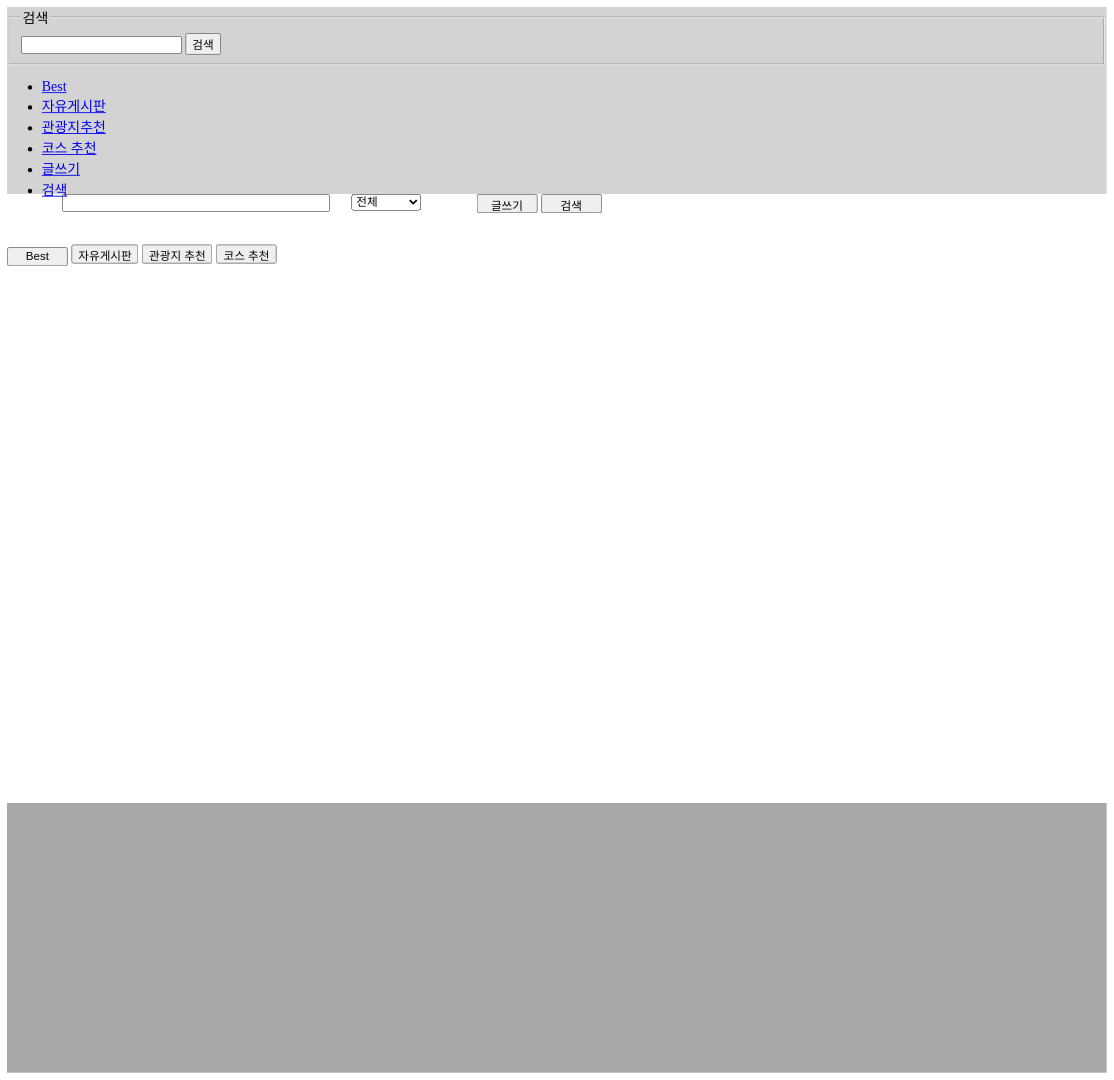
Repository: HJCroCat/project4
Page: http://localhost/koravle/boardMain.jsp
The author's editor kept a copy of each file at every save. The page is drawn from the files as they stood at one save, then again after the next save.
The browser window is 1280 px wide. The pictures show the whole page, at 87% of full size.
The page is served by Tomcat 9. Nobody is signed in. The application's start-up code is not run. Other server files are loaded and not shown.

Above is the page before, as saved 2021-12-10 10:11:40.

### koravle/koravle/src/main/webapp/boardMain.jsp
<%@ page language="java" contentType="text/html; charset=UTF-8"
    pageEncoding="UTF-8"%>
<!DOCTYPE html>
<html>
<head>
<meta charset="UTF-8">
<title>Insert title here</title>

<link href="resources/style/stylecss.css" rel="stylesheet">
<script type="text/javascript" src="resources/js/jquery-1.7.1.js"></script>

</head>
<body>
	<header>
		<form>
	      <fieldset>
	        <legend class="visually-hidden">검색</legend>
	        <div class="search_box">
	          <input type="text" maxlength="225" tabindex="1" />
	          <button type="submit" tabindex="2">
	            	검색
	          </button>
	        </div>
	      </fieldset>
	    </form>
		<nav>
	      <div class="nav_items">
	        <ul>
	      	  <li><a href="/">Best</a></li>
	          <li><a href="/">자유게시판</a></li>
	          <li><a href="/">관광지추천</a></li>
	          <li><a href="/">코스 추천</a></li>
	          <li><a href="/">글쓰기</a></li>
	          <li><a href="/">검색</a></li>
	        </ul>
	      </div>
	    </nav>
	</header>


	<main>


		<div>
			<input type="text" name="searchWord" id="searchWord">
			<select name="selectSearch" id="selectSearch">
				<option value="1" selected>전체</option>
				<option value="boardName">글제목</option>
				<option value="regionName">관광지</option>
				<option value="boardWriter">작성자</option>
			</select>
			<button href="boardWrite.do" class="btn" >글쓰기</button>
			<button href="boardList.do" class="btn" >검색</button>
		</div>
		<div>
			<br/>
			<br/>

			<button class="btn" href="boardList.do" name="boardBest">Best</button>
			<button class="btn" href="boardList.do" name="boardFree">자유게시판</button>
			<button class="btn" href="boardList.do" name="boardRegion">관광지 추천</button>
			<button class="btn" href="boardList.do" name="boardCourse">코스 추천</button>

		</div>

	</main>

	<footer>

	</footer>
<script src="resources//js/jquery.min.js"></script>
<script src="resources/js/scripts.js"></script>

</body>
</html>

### koravle/koravle/src/main/webapp/resources/style/stylecss.css
header{
	background: lightgray;
	height: 215px;
}

main{
	min-height: 700px;
}

footer{
	background: darkgray;
	height: 310px;
}







.boardHeader{
	height:80px;
}

.btn{
	max-width:100px;
	min-width:70px;
	height: 22px;
}

#searchWord{
	float: left;
	width: 35%;
	margin-left:5%;
	margin-right:2%;
	max-width:300px;
}

#selectSearch{
	float: left;
	width: 10%;
	margin-right:5%;
	max-width:80px;
}

Loaded but not shown: koravle/koravle/src/main/webapp/resources/js/jquery-1.7.1.js (library); koravle/koravle/src/main/webapp/resources/js/jquery.min.js (library)

After the next save:
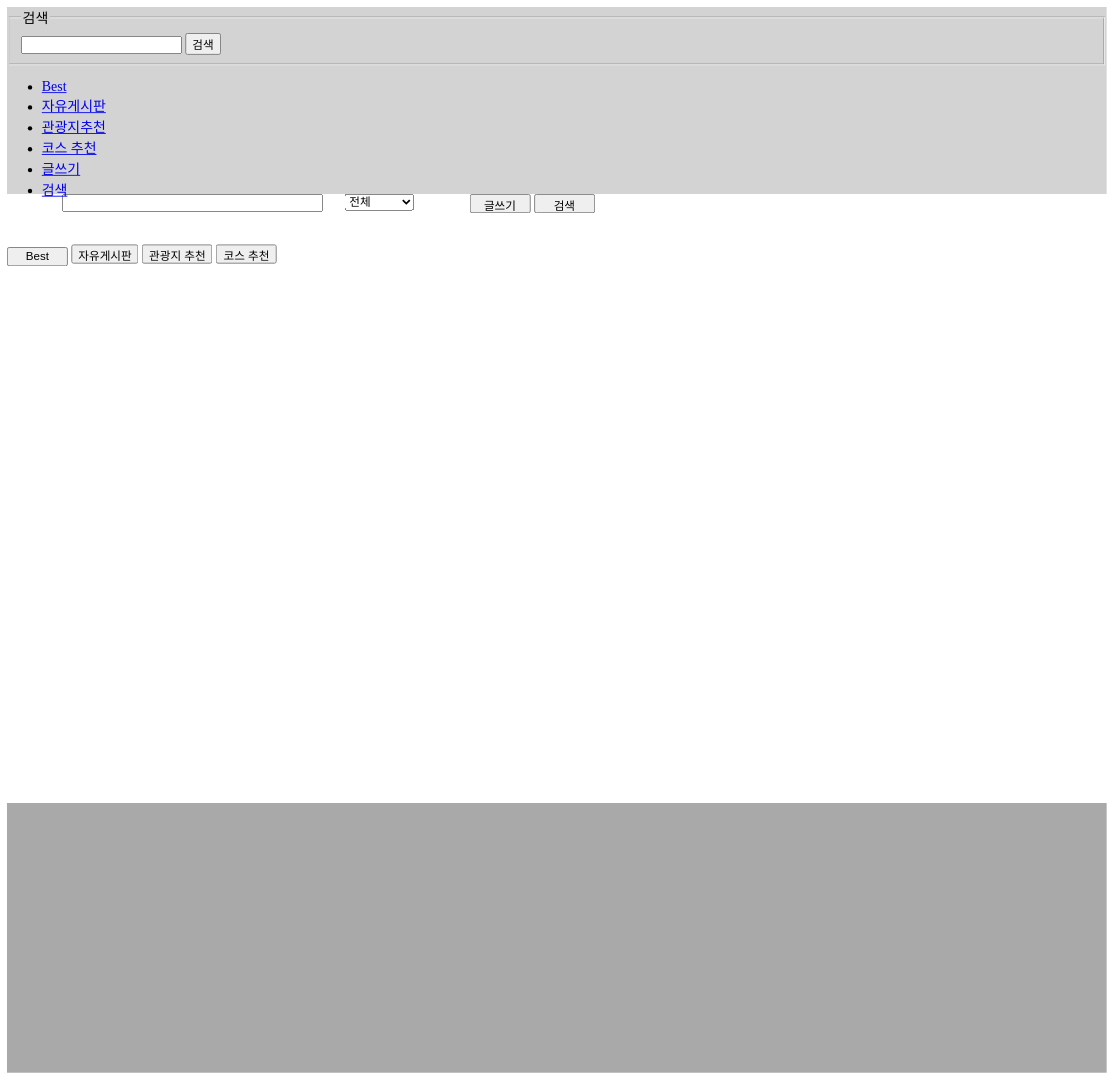
Saved 51 s later.
--- a/koravle/koravle/src/main/webapp/resources/style/stylecss.css
+++ b/koravle/koravle/src/main/webapp/resources/style/stylecss.css
@@ -1,3 +1,7 @@
+* {
+    box-sizing: border-box;
+}
+
 header{
 	background: lightgray;
 	height: 215px;
